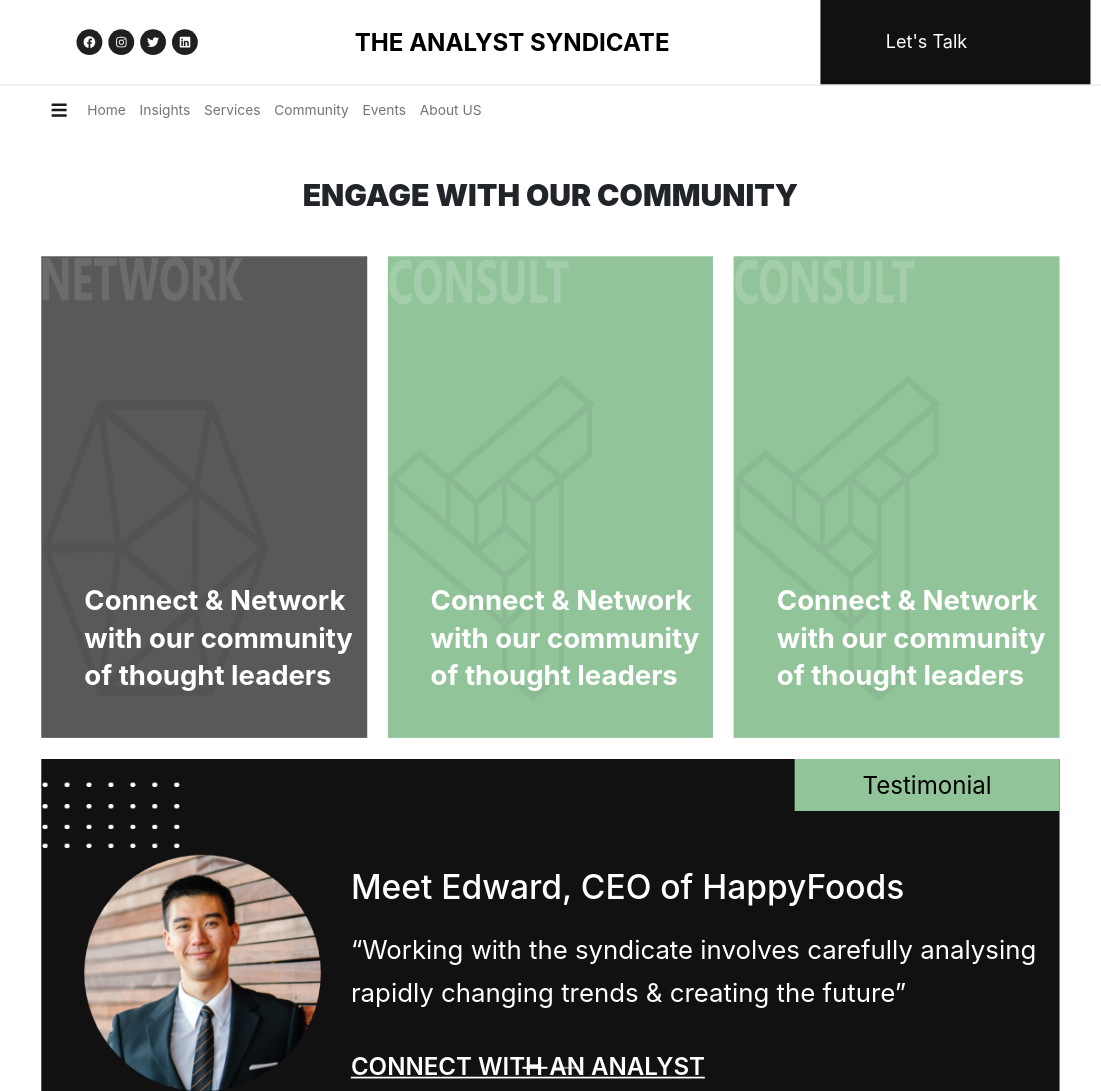
Repository: arif286/Business-webpage
Page: /
An editor plug-in stored every save of this project. The page is shown before and after the next save, followed by the edit.
The browser window is 1280 px wide. The pictures show the whole page, at 86% of full size.
The project was rebuilt for these pictures with package versions that can differ from the ones it lists, and the page was loaded fresh each time. Also part of the build but not shown: src/components/MainHeader/MainHeader.css, src/components/NotFound/NotFound.js.

Above is the page before, as saved 2021-05-26 21:12:03.

After the next save:
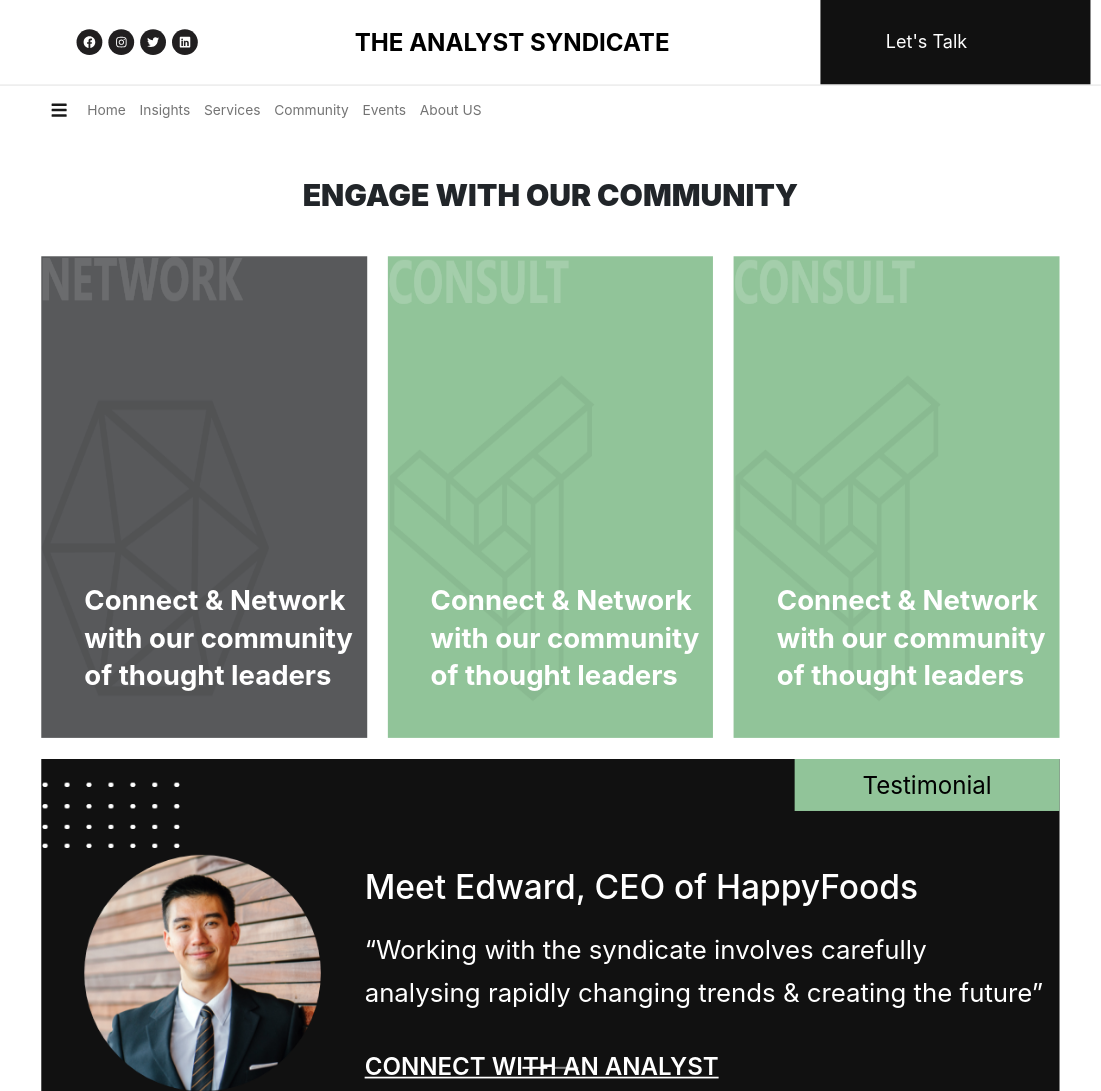
Saved 10 s later.
--- a/src/components/Testimonial/Testimonial.js
+++ b/src/components/Testimonial/Testimonial.js
@@ -40,7 +40,7 @@
                 <div className="meet-img text-center">
                   <img src={Image} alt="" />
                 </div>
-                <div className="meet-content">
+                <div className="meet-content px-3">
                   <h4>Meet Edward, CEO of HappyFoods</h4>
                   <p>
                     “Working with the syndicate involves carefully analysing
